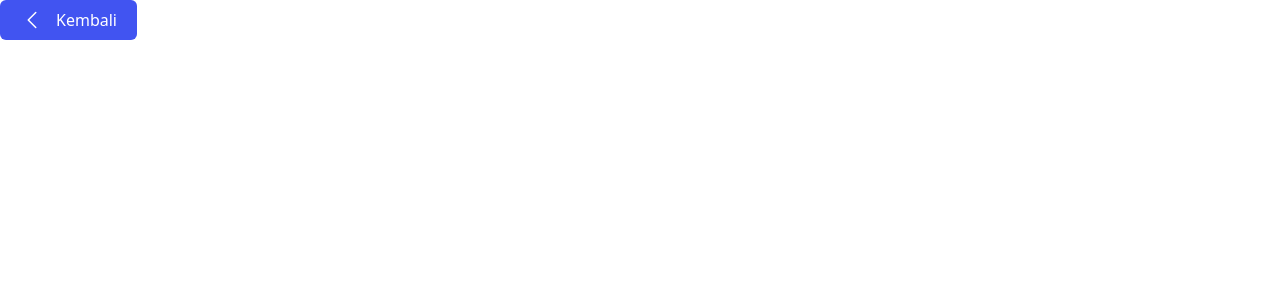
Repository: whytrno/sinovi-products
Page: /products
The author's editor kept a copy of each file at every save. The page is drawn from the files as they stood at one save, then again after the next save.
The browser window is 1280 px wide. The pictures show the whole page.
The project was rebuilt for these pictures with package versions that can differ from the ones it lists, and the page was loaded fresh each time. The framework's server and built-in components were replaced by stand-ins that run in the browser. Also part of the build but not shown: next.config.js.

Above is the page before, as saved 2023-02-25 00:05:01.

After the next save:
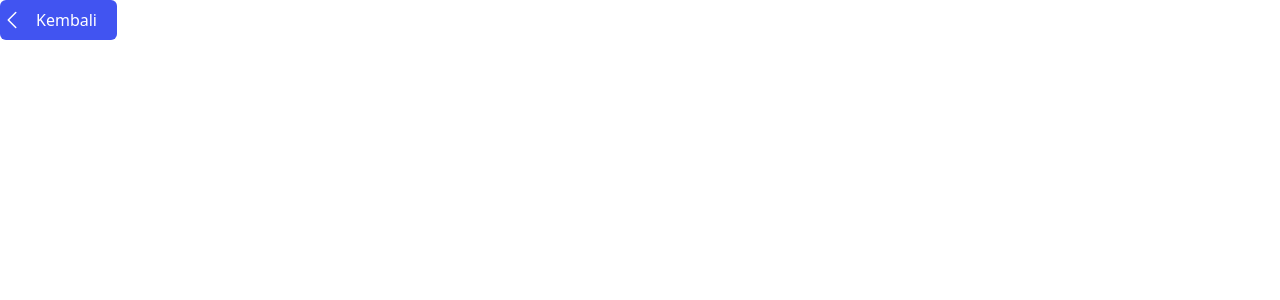
Saved 4 s later.
--- a/pages/products.js
+++ b/pages/products.js
@@ -8,7 +8,7 @@
                 <BackIcon />
                 <p>Kembali</p>
             </Link> */}
-            <Link href="/" className="bg-[#4154F1] flex gap-3 items-center w-min whitespace-nowrap text-white rounded-md py-2 px-5">
+            <Link href="/" className="bg-[#4154F1] flex gap-3 items-center w-min whitespace-nowrap text-white rounded-md py-2 pr-5">
                 <BackIcon />
                 <p>Kembali</p>
             </Link>
